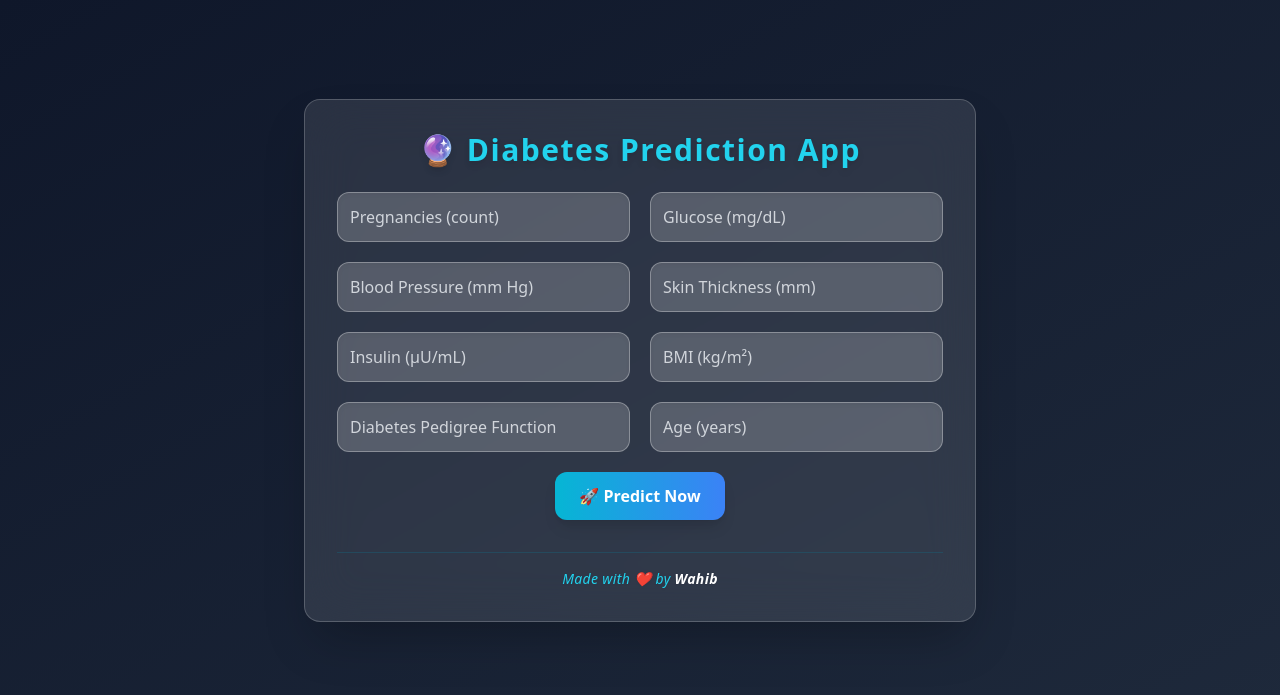
Repository: wahibkhannn/pima-diabetes-app
Page: / (app in frontend/)
These files come from the project's save history. The page is drawn as it stood at one moment and after a run of saves; the edit follows.
The browser window is 1280 px wide. The pictures show the whole page.
The project was rebuilt for these pictures with package versions that can differ from the ones it lists, and the page was loaded fresh each time.

Above is the page before, as saved 2025-06-30 20:37:24.

After the next 2 saves:
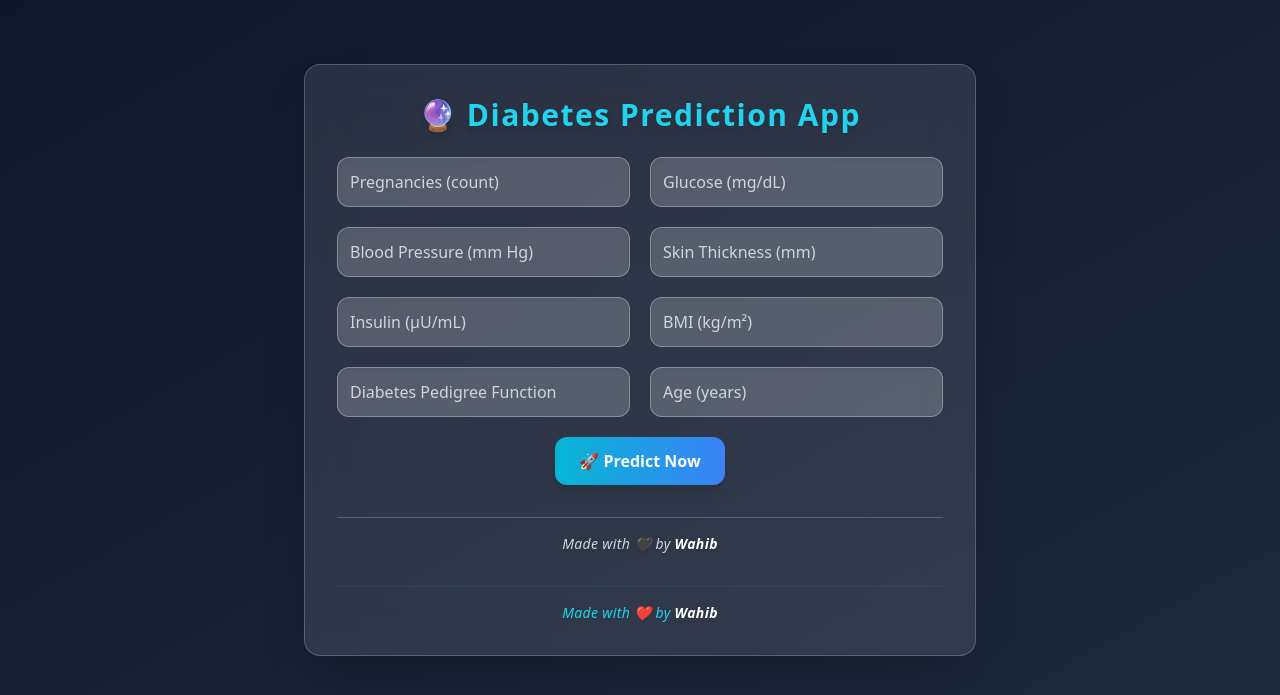
The 2 saves are shown as one change because they came seconds apart.
The last was saved 11 s later.
--- a/frontend/src/DiabetesPredictor.js
+++ b/frontend/src/DiabetesPredictor.js
@@ -146,6 +146,11 @@
             Error: {error}
           </div>
         )}
+        <div className="mt-8 border-t border-white/20 pt-4 text-center">
+  <p className="text-sm text-gray-300 tracking-wide italic drop-shadow">
+    Made with 🖤 by <span className="font-semibold text-white hover:text-slate-300 transition">Wahib</span>
+  </p>
+</div>
 
         <div className="mt-8 border-t border-cyan-700/30 pt-4 text-center">
 

After the save that followed:
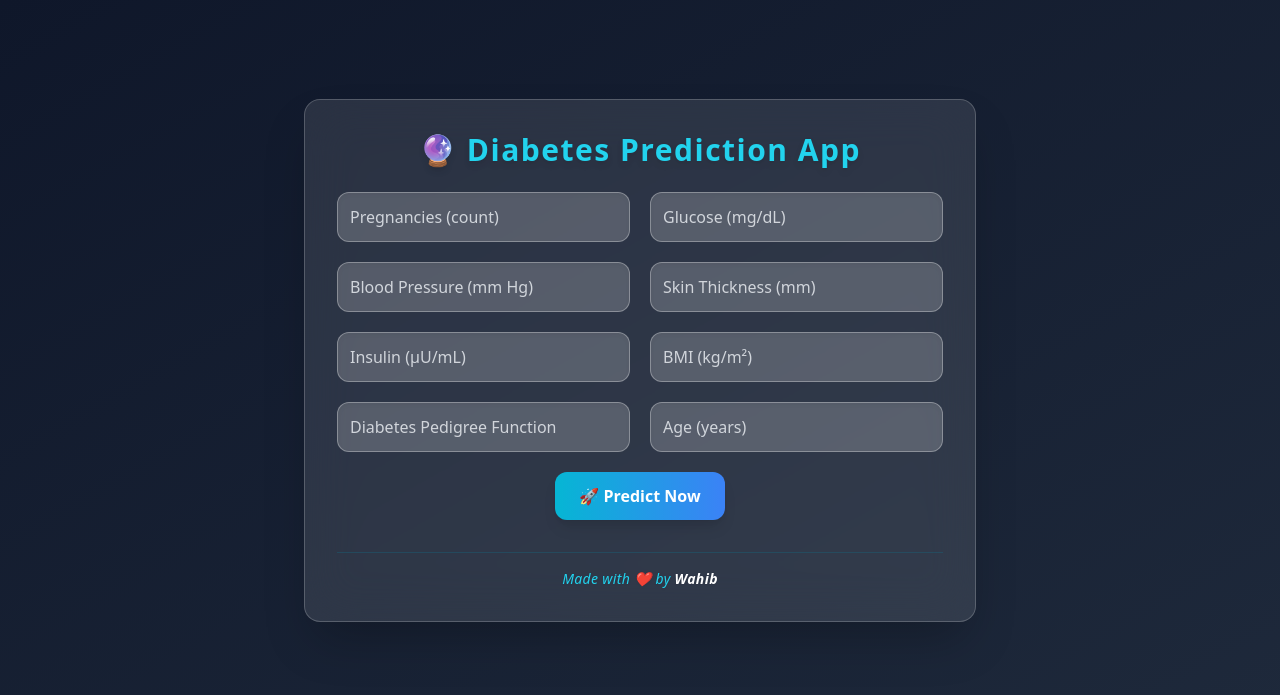
Saved 13 s later.
--- a/frontend/src/DiabetesPredictor.js
+++ b/frontend/src/DiabetesPredictor.js
@@ -146,11 +146,6 @@
             Error: {error}
           </div>
         )}
-        <div className="mt-8 border-t border-white/20 pt-4 text-center">
-  <p className="text-sm text-gray-300 tracking-wide italic drop-shadow">
-    Made with 🖤 by <span className="font-semibold text-white hover:text-slate-300 transition">Wahib</span>
-  </p>
-</div>
 
         <div className="mt-8 border-t border-cyan-700/30 pt-4 text-center">
 
